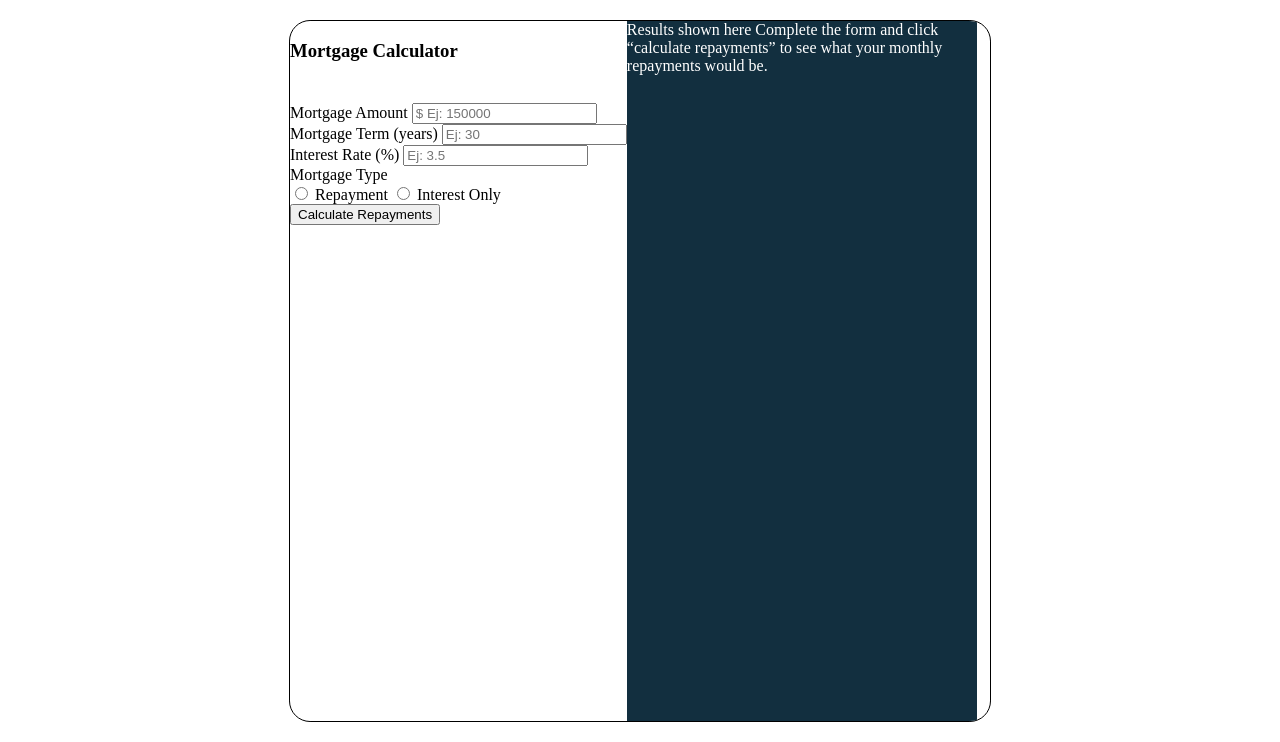
Repository: GravielPV/Mortgage-repayment-calculator
Page: index.html
These files come from the project's save history. The page is drawn as it stood at one moment and after a run of saves; the edit follows.
The browser window is 1280 px wide. The pictures show the whole page.

Above is the page before, as saved 2025-12-11 17:05:45.

### index.html
<!DOCTYPE html>
<html lang="en">
<head>
  <meta charset="UTF-8">
  <meta name="viewport" content="width=device-width, initial-scale=1.0"> <!-- displays site properly based on user's device -->

  <link rel="icon" type="image/png" sizes="32x32" href="./assets/images/favicon-32x32.png">
  <link rel="stylesheet" href="styles.css">
  <title>Frontend Mentor | Mortgage repayment calculator</title>


</head>
<body>
  <div class="carta">



  <div class="lado-izquierdo">

    <div class="header-form">
      <h3>Mortgage Calculator</h3>
      <a href="#" id="clear-all">Clear All</a>
    </div>

    <form id="mortgage-form">

      <!-- Mortgage Amount -->
      <div class="campo">
        <label for="input-mortgage">Mortgage Amount</label>
        <input
          type="number"
          id="input-mortgage"
          name="mortgage"
          placeholder="$ Ej: 150000">
      </div>

      <!-- Mortgage Term & Interest Rate -->
      <div class="grupo-doble">
        <div class="campo">
          <label for="input-term">Mortgage Term (years)</label>
          <input
            type="number"
            id="input-term"
            name="term"
            placeholder="Ej: 30">
        </div>

        <div class="campo">
          <label for="input-interest">Interest Rate (%)</label>
          <input
            type="number"
            step="0.01"
            id="input-interest"
            name="interest"
            placeholder="Ej: 3.5">
        </div>
      </div>

      <!-- Mortgage Type -->
      <div class="campo">
        <label>Mortgage Type</label>

        <div class="radios">
          <label class="radio-op">
            <input type="radio" name="mortgage-type" value="repayment">
            Repayment
          </label>

          <label class="radio-op">
            <input type="radio" name="mortgage-type" value="interest-only">
            Interest Only
          </label>
        </div>
      </div>

      <!-- Botón -->
      <div class="boton">
        <button type="submit">Calculate Repayments</button>
      </div>

    </form>

  </div>




  <!-- Empty results start -->

  <div class="lado derecho">

  Results shown here

  Complete the form and click “calculate repayments” to see what
  your monthly repayments would be.
  </div>

  <!-- Empty results end -->

  <!-- Completed results start -->

  <div class="resultado">
  Your results

  Your results are shown below based on the information you provided.
  To adjust the results, edit the form and click “calculate repayments” again.

  Your monthly repayments

  Total you'll repay over the term
  </div>

</div>

<!-- Completed results end -->

</body>
</html>

### styles.css
.carta{
    width: 700px;
    height: 700px;
display: flex;
margin: 20px auto;
border-radius: 3%;
border: 1px solid rgb(0, 0, 0);
 overflow: hidden;
}

.lado{
            width: 50%;
    display: flex;
    flex-direction: column;
}

.izquierdo{
display: flex;
    background-color: rgb(202, 49, 49);
}

.derecho{

    background-color: hsl(202, 55%, 16%);
    color: white;
}

.resultado{
    display: none;
}

a{

    color: white;
    font-weight: bold;
    margin-top: 20px;
    text-align: center;
    font-size: 20px;
    }

After the next 7 saves:
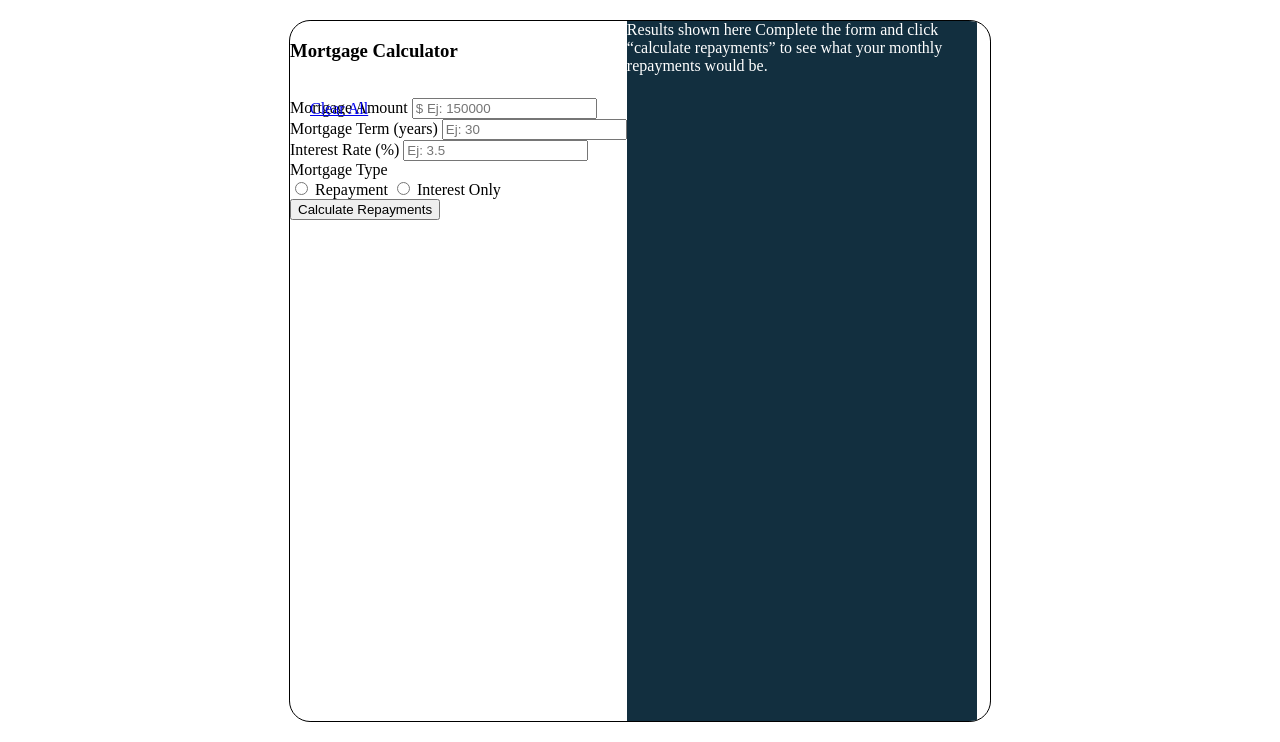
The 7 saves are shown as one change because they came seconds apart.
The last was saved 18 s later.
--- a/styles.css
+++ b/styles.css
@@ -30,10 +30,7 @@ display: flex;
 }
 
 a{
-
-    color: white;
-    font-weight: bold;
-    margin-top: 20px;
-    text-align: center;
-    font-size: 20px;
+   position: relative;
+    top: 20px;
+    left: 20px;
     }
